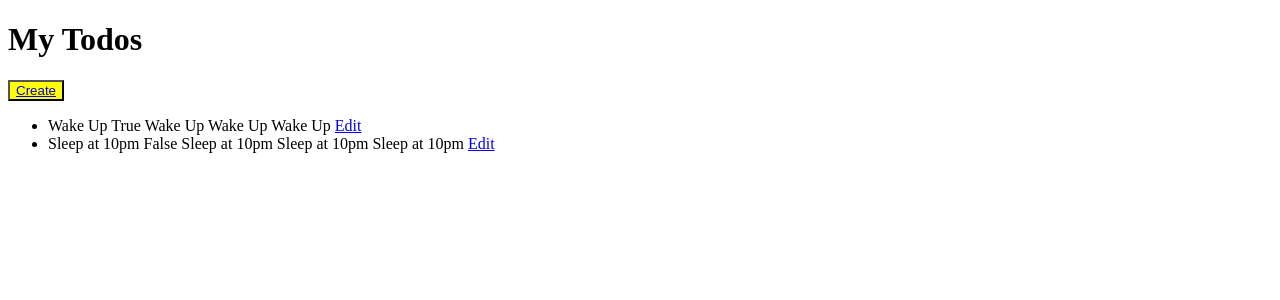
Repository: 99Ace/djangoLesson
Page: http://localhost/todos/
The author's editor kept a record of every edit. The page is drawn from the files as they stood at one moment, then again after the next edit.
The browser window is 1280 px wide. The pictures show the whole page.
The page is served by the project's application, run on Django 2.2 (manage.py). Other server files are loaded and not shown. The page reads the database file committed with the project.

Above is the page before.

### todos/views.py
from django.shortcuts import render, HttpResponse, redirect, get_object_or_404
from .models import Item
from .forms import ItemForm

# Create your views here.
def show_todos(request):
    results = Item.objects.all()
    return render(request, "todo.html", {
        'items':results
    })

# CREATE FUNCTION
def create_item(request):
  if request.method == "POST":
        form = ItemForm(request.POST, request.FILES)
        if form.is_valid():
            form.save()
            return redirect(show_todos)
  else:
     form = ItemForm()
     return render(request, "todo_form.html", {'form': form})

#create new function
def edit_item(request, id):
    item = get_object_or_404(Item, pk=id)

    if request.method == "POST":
        form = ItemForm(request.POST, instance=item)
        if form.is_valid():
            form.save()
            return redirect(show_todos)
    else:
        form = ItemForm(instance=item)
    return render(request, "todo_form.html", {'form': form})

### todos/templates/todo.html
<!DOCTYPE html>
<html lang="en">
<head>
    <meta charset="UTF-8">
    <meta name="viewport" content="width=device-width, initial-scale=1.0">
    <meta http-equiv="X-UA-Compatible" content="ie=edge">
    <title>Document</title>
</head>
<body>
    <h1> My Todos</h1>
    <button style="background-color:yellow"><a href="create">Create</a></button>
    <ul>
        {% for i in items %}
         <li>
             {{ i.name }}
             {{ i.done }}
             {{ i.name }}
             {{ i.name }}
             {{ i.name }} <a href="edit/{{i.id}}">Edit</a>
         </li>
        {%endfor%}
    </ul>
</body>
</html>

### todos/models.py
from django.db import models

# Create your models here.
# declare a class named "Item"
class Item(models.Model):
    name = models.CharField(max_length=30, blank=False)
    done = models.BooleanField(blank=False, default=False)
    ongoing = models.BooleanField(blank=False, default=False)
    completed_at = models.DateField(blank=True, null=True, default=None)
    category = models.ForeignKey('Category', on_delete=models.CASCADE)
    tags = models.ManyToManyField('Tag')
    assign = models.ForeignKey('Arrow', on_delete=models.CASCADE)

    def __str__(self):
        return self.name

class Category(models.Model):
    name = models.CharField(max_length=255, blank=False)
    def __str__(self):
        return self.name

class Tag(models.Model):
    name = models.CharField(max_length=50, blank=False)
    def __str__(self):
        return self.name

class Arrow(models.Model):
    name = models.CharField(max_length=255, blank=False)
    def __str__(self):
        return self.name

### todo_project/urls.py
"""todo_project URL Configuration

The `urlpatterns` list routes URLs to views. For more information please see:
    https://docs.djangoproject.com/en/2.2/topics/http/urls/
Examples:
Function views
    1. Add an import:  from my_app import views
    2. Add a URL to urlpatterns:  path('', views.home, name='home')
Class-based views
    1. Add an import:  from other_app.views import Home
    2. Add a URL to urlpatterns:  path('', Home.as_view(), name='home')
Including another URLconf
    1. Import the include() function: from django.urls import include, path
    2. Add a URL to urlpatterns:  path('blog/', include('blog.urls'))
"""
from django.contrib import admin
from django.urls import path
from todos.views import show_todos, create_item, edit_item  #<-- add function name here


urlpatterns = [
    path('admin/', admin.site.urls),
    path('todos/',show_todos),
    path('todos/create', create_item),
    path('todos/edit/<id>', edit_item)
    # path('todos/delete'<--route , function name)
]

### db.sqlite3 (the tables this page reads, as SQL)
CREATE TABLE "todos_item" ("id" integer NOT NULL PRIMARY KEY AUTOINCREMENT, "name" varchar(30) NOT NULL, "done" bool NOT NULL, "completed_at" date NULL, "ongoing" bool NOT NULL, "category_id" integer NOT NULL REFERENCES "todos_category" ("id") DEFERRABLE INITIALLY DEFERRED, "assign_id" integer NOT NULL REFERENCES "todos_arrow" ("id") DEFERRABLE INITIALLY DEFERRED);
INSERT INTO "todos_item" VALUES
(1, 'Wake Up', 1, NULL, 0, 1, 3),
(2, 'Sleep at 10pm', 0, NULL, 0, 1, 3);

After the next edit:
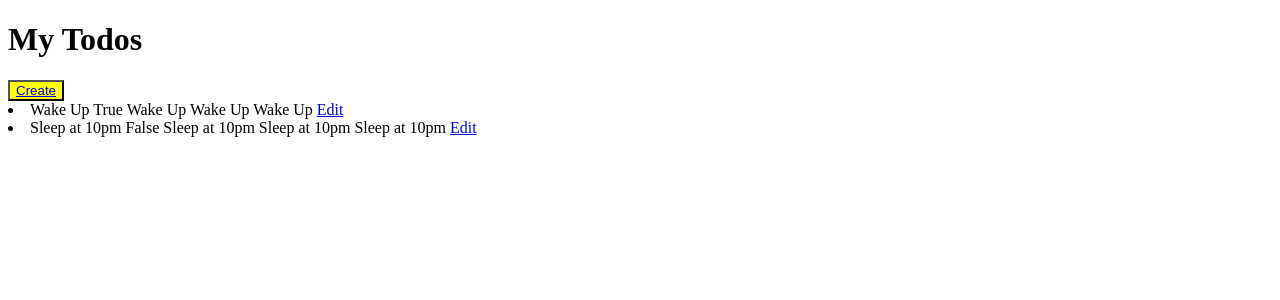
The edit:
--- a/todos/templates/todo.html
+++ b/todos/templates/todo.html
@@ -9,7 +9,7 @@
 <body>
     <h1> My Todos</h1>
     <button style="background-color:yellow"><a href="create">Create</a></button>
-    <ul>
+    <tr>
         {% for i in items %}
          <li>
              {{ i.name }}
